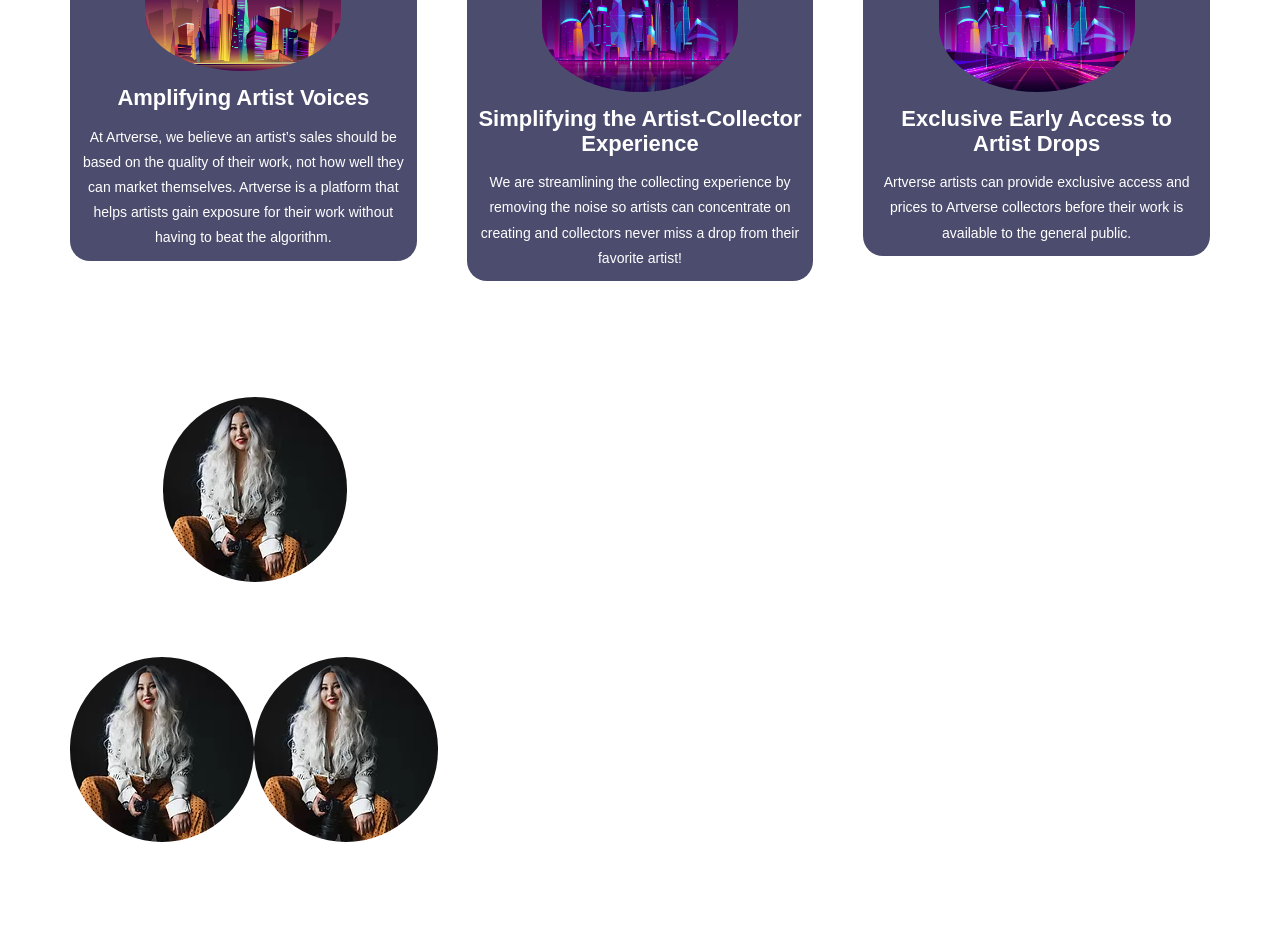
Repository: akinolapo/artverse
Page: /
An editor plug-in stored every save of this project. The page is shown before and after a run of saves, followed by the edit.
The browser window is 1280 px wide. The pictures show the part of the page from y = 1033 to 1985 px (the page is 1985 px tall).
The project was rebuilt for these pictures with package versions that can differ from the ones it lists, and the page was loaded fresh each time.

Above is the page before, as saved 2022-07-25 14:35:41.

### src/index.css
@tailwind base;
@tailwind components;
@tailwind utilities;

@import url('https://fonts.googleapis.com/css2?family=Poppins:wght@400;600&display=swap');


:root {
  --swiper-theme-color: #000;
}

html{
  scroll-behavior: smooth;
}

*{
  margin: 0;
  padding: 0;
  color: #fff;
  font-family: 'Poppins', sans-serif;
  line-height: 1.8rem;
  font-size: 14px;
  font-weight: 400;
}

#background-video{
  width: 100%;
  height: 100%;
  object-fit: cover;
  position: fixed;
  z-index: -1;
}

.btn{
  border: 1px solid #fff;
  border-radius: 10px;
  padding: 4px 15px;
}

.btn-search{
  border: 1px solid #fff;
  border-radius: 0 10px 10px 0px;
}

.search-box{
  border: 1px solid #fff;
  border-radius: 10px 0 0 10px;
}
.search-box:focus{
  border: 1px solid #fff;
}

.header-section{
  background: url(../public/assets/header.jpg);
  object-fit: cover;
  background-repeat: no-repeat;
  background-size: 100% 100%;
  height: 100vh;
  width: 100%;
}

h1,
h2,
h3,
h4{
  font-weight: 600;
  font-size: 22px;
}

.carouselImg{
  width: 60%;
  margin: auto;
  border-radius: 20% 20% 100% 100%;
}

.slide-bg{
  background: rgba(0, 0, 50, .7);
  padding: 10px;
  border-radius: 20px;
}

.slide-num{
  margin-left: -90%;
  font-size: 18px;
  color: #ddd;
}

@media (max-width: 375px) {
  .btn-search{
    border-radius: 10px;
  }

  .search-box{
    border-radius: 10px;
    margin-bottom: 10px;
  }

}

.social-icon{
  font-size: 25px;
}

### src/App.js
import About from './components/About/About';
import Header from './components/Header/Header';
import Team from './components/Team/Team';

function App() {
  return (
    <div className='w-full h-screen'>
      <video loop autoPlay muted id="background-video">
        <source src={process.env.PUBLIC_URL+`assets/artverse moving background.mp4`} type="video/mp4"/>
      </video>
      <Header />
      <About/>
      <Team/>
    </div>
  );
}

export default App;

### src/components/About/About.jsx
import React from 'react'
import Carousel from './Carousel/Carousel'

const About = () => {
    return (
        <div id='artverse' className='py-10 px-20'>
            <h2 className=' text-center text-3xl font-bold'>What is Artverse?</h2>
            <div className='pb-10'>
                <h3 className='text-2xl font-semibold py-5'>A Community of Art Lovers</h3>
                <p className='text-xl'>Art is incredibly powerful; it can make us dance, cry, and everything in between! We wish to cultivate a community of people who believe in the value of art, rather than continually ask ‘‘what is the utility? Instead of feeling like you are starting from ground zero on Twitter and NFTS, you are instantly connected to hundreds of like-minded people all around the world and get answers to your questions.
                </p>
            </div>
            <Carousel />
        </div>
    )
}

export default About

### src/components/Header/Header.jsx
import React from 'react'
import Logo from './Logo'
import SiteName from './SiteName'

const Header = () => {
  return (
    <div className='header-section px-8 pt-4'>
        <Logo/>
        <SiteName/>
    </div>
  )
}

export default Header

### src/components/Team/Team.jsx
import React from 'react'
import {AiOutlineTwitter, AiOutlineInstagram} from 'react-icons/ai'

const Team = () => {
    return (
        <div id='team' className='py-10 px-20'>
            <h2 className=' text-center text-3xl font-bold mb-4'>The Team</h2>
            <div className='grid grid-cols-1 gap-4 items-center md:grid-cols-3'>
                <div>
                    <div className='text-center'>
                        <img className='rounded-full m-auto' src={process.env.PUBLIC_URL+`assets/founder.webp`} alt='Founder'></img>
                        <h5>Rachel Wood</h5>
                        <h6>Founder</h6>
                        <div className='flex justify-center'>
                            <a href='https://twitter.com/0xWanderbitch' className='mr-2' target='_blank' rel="noreferrer"><AiOutlineTwitter className='social-icon'/></a>
                            <a href='https://www.instagram.com/thetravelingelf/' target='_blank' rel="noreferrer"><AiOutlineInstagram className='social-icon'/></a>
                        </div>
                    </div>
                </div>
                <div className='md:col-span-2'>
                    <h4 className='mb-4'>From the Founder</h4>
                    <p>
                        The past few months have been a whirlwind. After collecting many NFTs from 1/1 artists and releasing my own work, I noticed a glaring struggle for artists and collectors to connect amid the noise.
                        As a collector, I love finding artist to support, but I spend too much time trying to find artist's work rather than connecting with them. By the time I find art I like, it has usually already been sold.
                        On the other hand, as an artist, I feel drowned out by the noise and constant pressure to ‘shill’ myself. Burnout feels inevitable for artists after having to take on a second, full-time marketing job to beat the algorithms of social media.
                        Artverse connects artists and collectors in the metaverse. Artverse is my solution.
                    </p>
                </div>
            </div>
            <div className='flex'>
            <div className='text-center'>
                        <img className='rounded-full m-auto' src={process.env.PUBLIC_URL+`assets/founder.webp`} alt='Founder'></img>
                        <h5>Rachel Wood</h5>
                        <h6>Founder</h6>
                        <div className='flex justify-center'>
                            <a href='https://twitter.com/0xWanderbitch' className='mr-2' target='_blank' rel="noreferrer"><AiOutlineTwitter className='social-icon'/></a>
                            <a href='https://www.instagram.com/thetravelingelf/' target='_blank' rel="noreferrer"><AiOutlineInstagram className='social-icon'/></a>
                        </div>
                    </div>
                    <div className='text-center'>
                        <img className='rounded-full m-auto' src={process.env.PUBLIC_URL+`assets/founder.webp`} alt='Founder'></img>
                        <h5>Rachel Wood</h5>
                        <h6>Founder</h6>
                        <div className='flex justify-center'>
                            <a href='https://twitter.com/0xWanderbitch' className='mr-2' target='_blank' rel="noreferrer"><AiOutlineTwitter className='social-icon'/></a>
                            <a href='https://www.instagram.com/thetravelingelf/' target='_blank' rel="noreferrer"><AiOutlineInstagram className='social-icon'/></a>
                        </div>
                    </div>
            </div>
        </div>
    )
}

export default Team

### src/components/About/Carousel/Carousel.jsx
import React from "react";
// Import Swiper React components
import { Swiper, SwiperSlide } from "swiper/react";

// Import Swiper styles
import "swiper/css";
import "swiper/css/pagination";
// import 'swiper/css/navigation';

// import "./styles.css";

// import required modules
import { Pagination,} from "swiper";

const Carousel = () => {
  return (
    <div>
         <Swiper
        slidesPerView={1}
        spaceBetween={10}
        pagination={{
          clickable: true,
        }}
        breakpoints={{
          640: {
            slidesPerView: 2,
            spaceBetween: 20,
          },
          768: {
            slidesPerView: 3,
            spaceBetween: 40,
          },
          1024: {
            slidesPerView: 3,
            spaceBetween: 50,
          },
        }}
        modules={[Pagination]}
        className="mySwiper"
      >
        <SwiperSlide className="text-center slide-bg">
          <span className="slide-num">01</span>
          <img className="carouselImg" src={process.env.PUBLIC_URL+`assets/294.jpg`} alt=''></img>
          <h4 className="py-4">Amplifying Artist Voices</h4>
          <p>At Artverse, we believe an artist’s sales should be based on the quality of their work, not how well they can market themselves. Artverse is a platform that helps artists gain exposure for their work without having to beat the algorithm.</p>
        </SwiperSlide>
        <SwiperSlide className="text-center slide-bg">
        <span className="slide-num">02</span>
        <img className="carouselImg" src={process.env.PUBLIC_URL+`assets/1401.jpg`} alt=''></img>
        <h4 className="py-4">Simplifying the Artist-Collector Experience</h4>
          <p>​We are streamlining the collecting experience by removing the noise so artists can concentrate on creating and collectors never miss a drop from their favorite artist!</p>
        </SwiperSlide>
        <SwiperSlide className="text-center slide-bg">
        <span className="slide-num">03</span>
        <img className="carouselImg" src={process.env.PUBLIC_URL+`assets/1403.jpg`} alt=''></img>
        <h4 className="py-4">Exclusive Early Access to Artist Drops</h4>
          <p>Artverse artists can provide exclusive access and prices to Artverse collectors before their work is available to the general public.</p>
        </SwiperSlide>
      </Swiper>
    </div>
  )
}

export default Carousel

### src/components/Header/Logo.jsx
import React from 'react'
import './Logo.css'
import { useState } from 'react'

const Logo = () => {
    const [isNavExpanded, setIsNavExpanded] = useState(false)
    return (
        <nav className="navigation px-2 md:px-20 text-white font-semibold">
            <a href='/'>
                <div className=''>
                <img src={process.env.PUBLIC_URL+`assets/logo.png`} alt='logo' width='120px' height='auto'></img>
                </div>
            </a>
            <button className="hamburger" onClick={() => {
                setIsNavExpanded(!isNavExpanded);
            }}>
                {/* icon from heroicons.com */}
                <svg
                    xmlns="http://www.w3.org/2000/svg"
                    className="h-5 w-5"
                    viewBox="0 0 20 20"
                    fill="white"
                >
                    <path
                        fillRule="evenodd"
                        d="M3 5a1 1 0 011-1h12a1 1 0 110 2H4a1 1 0 01-1-1zM3 10a1 1 0 011-1h12a1 1 0 110 2H4a1 1 0 01-1-1zM9 15a1 1 0 011-1h6a1 1 0 110 2h-6a1 1 0 01-1-1z"
                        clipRule="evenodd"
                    />
                </svg>
            </button>
            <div
                className={
                    isNavExpanded ? "navigation-menu expanded" : "navigation-menu"
                }>
                <ul>
                    <li><a href='#artverse'>Artverse</a></li>
                    <li><a href='#team'>The Team</a></li>
                    <li><a href='#ladies'>Lens Lasies</a></li>
                    <li><a href='#artists'>Artists</a></li>
                    <li><a href='#faqs'>FAQs</a></li>
                    <li><a href="/">Login</a></li>
                    <li><a className='btn' href="/">Sign Up</a></li>
                </ul>
            </div>
        </nav>
    )
}

export default Logo

### src/components/Header/SiteName.jsx
import React from 'react'
import Searchbox from './Searchbox'

const SiteName = () => {
  return (
    <div className='text-center mt-16'>
        <div className='pb-8'>
        <img className='m-auto' src={process.env.PUBLIC_URL+`assets/artverse.webp`} alt='artverse'></img>
        <h3 className='text-2xl'>Connecting artists and collectors in the metaverse</h3>
        <img className='m-auto' src={process.env.PUBLIC_URL+`assets/artverse2.webp`} alt='artverse2'></img>
        </div>
        <Searchbox/>
    </div>
  )
}

export default SiteName

### src/components/Header/Logo.css
.navigation {
    height: 60px;
    width: 100%;
    display: flex;
    align-items: center;
    position: relative;
    padding: 0.5rem 0rem;
    /* background-color: #fff; */
    color: #fff;
    /* box-shadow: 0 2px 2px 2px rgba(9, 9, 9, 0.23); */
  }

  .brand-name {
    text-decoration: none;
    color: #fff;
    font-size: 1.3rem;
    margin-left: 1rem;
  }
  .navigation-menu {
    margin-left: auto;
  }

  .navigation-menu ul {
    display: flex;
    padding: 0;
  }

  .navigation-menu li {
    /* // removes default disc bullet for li tags and applies margin to left & right side */
    list-style-type: none;
    margin: 0 1rem;
  }

  .navigation-menu li a {
    /* // increases the surface area of the anchor tag to span more than just the anchor text */
    text-decoration: none;
    display: block;
    width: 100%;
  }

  .hamburger {
    /* // removes default border on button element */
    border: 0;
    height: 40px;
    width: 40px;
    padding: 0.5rem;
    border-radius: 50%;
    background-color: #31b496;
    cursor: pointer;
    transition: background-color 0.2s ease-in-out;
  /* // positions the icon to the right and center aligns it vertically */
    position: absolute;
    top: 50%;
    right: 25px;
    transform: translateY(-50%);
    display: none;
  }
  .hamburger:hover {
    background-color: #31b496;
  }

  @media screen and (max-width: 768px) {
    .hamburger {
      display: block;
    }
  }

  @media screen and (max-width: 768px) {
    .navigation-menu ul {
      display: none;
    }
    .navigation-menu.expanded {
      z-index: 99;
  }
  }

  @media screen and (max-width: 768px) {
    .navigation-menu ul {
      /* // navigation menu is positioned to start 60px from the top of the document (which is directly below the navbar) */
      position: absolute;
      top: 60px;
      right: 0;
      display: block;
      /* // stacks the li tags vertically  */
      flex-direction: column;
     /* // makes menu span full height and width */
      width: 50%;
      /* float: right; */
      height: 100vh;
      background-color: rgb(15, 54, 56);
      /* border-top: 1px solid #31b496; */
      ;
    }
    .navigation-menu li {
      /* // centers link text and strips off margin */
      text-align: center;
      margin: 0;
    }
    .navigation-menu li a {
      color: #fff;
      /* // increases the surface area of the anchor tag to span the full width of the menu */
      width: 100%;
      padding: 1.5rem 0;
    }
    .navigation-menu li:hover {
      background-color: #fff;
    }
  }

  @media screen and (max-width: 768px) {
    .navigation-menu ul {
      /* previous styles */
      display: none;
    }
  }

  @media screen and (max-width: 768px) {
    .navigation-menu.expanded ul {
      display: block;
    }
  }

### src/components/Header/Searchbox.jsx
import React from 'react'

const Searchbox = () => {
  return (
    <div className=''>
        <input className='py-2 px-4 search-box text-black text-lg' type='search'></input>
        <input className='py-2 px-4 btn-search text-lg cursor-pointer' type='submit' value='Find Art'></input>
    </div>
  )
}

export default Searchbox

Loaded but not shown: public/index.html (common file); src/index.js (common file); tailwind.config.js (common file)

After the next 2 saves:
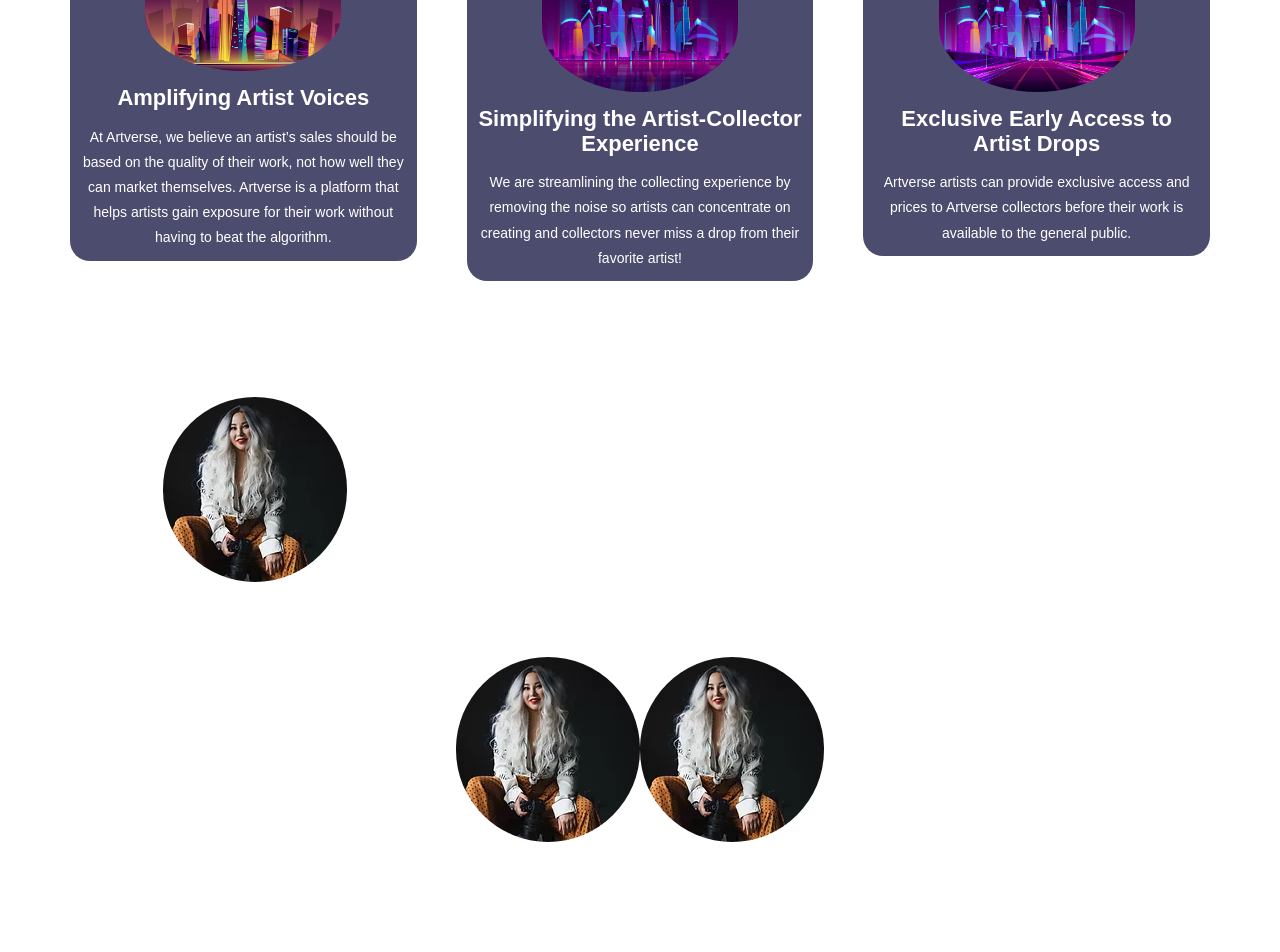
The 2 saves are shown as one change because they came seconds apart.
The last was saved 8 s later.
--- a/src/components/Team/Team.jsx
+++ b/src/components/Team/Team.jsx
@@ -27,7 +27,7 @@
                     </p>
                 </div>
             </div>
-            <div className='flex'>
+            <div className='flex justify-center'>
             <div className='text-center'>
                         <img className='rounded-full m-auto' src={process.env.PUBLIC_URL+`assets/founder.webp`} alt='Founder'></img>
                         <h5>Rachel Wood</h5>
